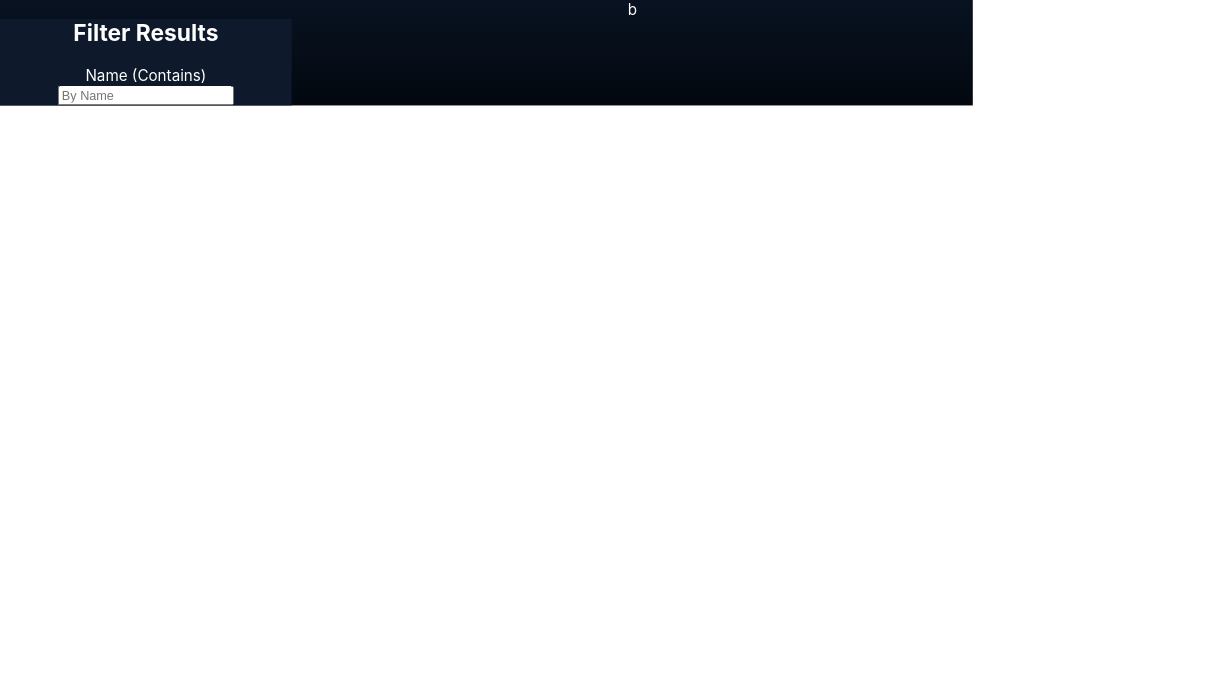
Repository: seyicoded/testestech
Page: /
An editor plug-in stored every save of this project. The page is shown before and after the next save, followed by the edit.
The browser window is 1280 px wide. The pictures show the whole page, at 95% of full size.
The project was rebuilt for these pictures with package versions that can differ from the ones it lists, and the page was loaded fresh each time.

Above is the page before, as saved 2022-02-07 13:38:31.

### src/App.js
import logo from './logo.svg';
import './App.css';

function App() {
  return (
    <div className="App">
      <div className="Container">

        <div className='left'>
          <div className='card'>
            <h2>Filter Results</h2>

            <div>
              <label>Name (Contains)</label>
              <input placeholder='By Name'/>
            </div>
          </div>
        </div>

        <div className='right'>
          b
        </div>

      </div>
    </div>
  );
}

export default App;

### src/App.css
.App {
  text-align: center;
  width: 100%;
  height: 100%;
  flex: 1;
}

/* .App-logo {
  height: 40vmin;
  pointer-events: none;
} */

/* @media (prefers-reduced-motion: no-preference) {
  .App-logo {
    animation: App-logo-spin infinite 20s linear;
  }
} */

/* .App-header {
  background-color: #282c34;
  min-height: 100vh;
  display: flex;
  flex-direction: column;
  align-items: center;
  justify-content: center;
  font-size: calc(10px + 2vmin);
  color: white;
} */

.App-link {
  color: #61dafb;
}

@keyframes App-logo-spin {
  from {
    transform: rotate(0deg);
  }
  to {
    transform: rotate(360deg);
  }
}

.Container{
  display: flex;
  flex: 1;
  height: 100%;
  width: 1024px;
  flex-direction: row;
  /* background: Vertical linear-gradient #081221 to #03080f; */
  background: linear-gradient( to bottom,#081221, #03080f);
  padding: 15;
  color: white;
}

.Container .left{
  width: 30%;
  height: 100%;
}

.Container .right{
  flex: 1;
  height: 100%;
}

.Container .left .card{
  padding: 15;
  background: #0e1a2b;
}

Loaded but not shown: public/index.html (common file); src/index.js (common file); src/index.css (common file); src/reportWebVitals.js (common file)

After the next save:
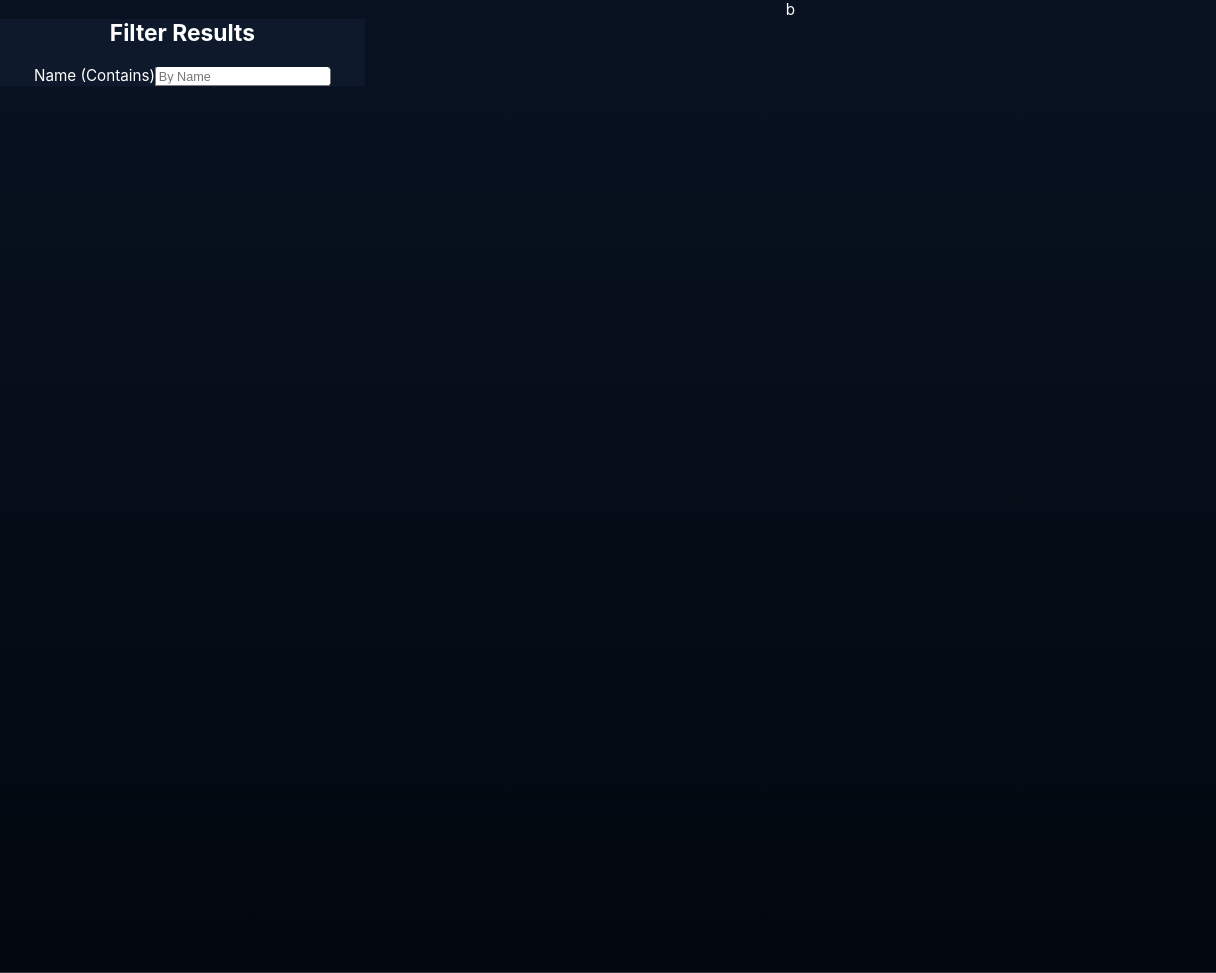
Saved 9 s later.
--- a/src/App.css
+++ b/src/App.css
@@ -43,8 +43,8 @@
 .Container{
   display: flex;
   flex: 1;
-  height: 100%;
-  width: 1024px;
+  height:1024px;
+  width: 100%;
   flex-direction: row;
   /* background: Vertical linear-gradient #081221 to #03080f; */
   background: linear-gradient( to bottom,#081221, #03080f);
